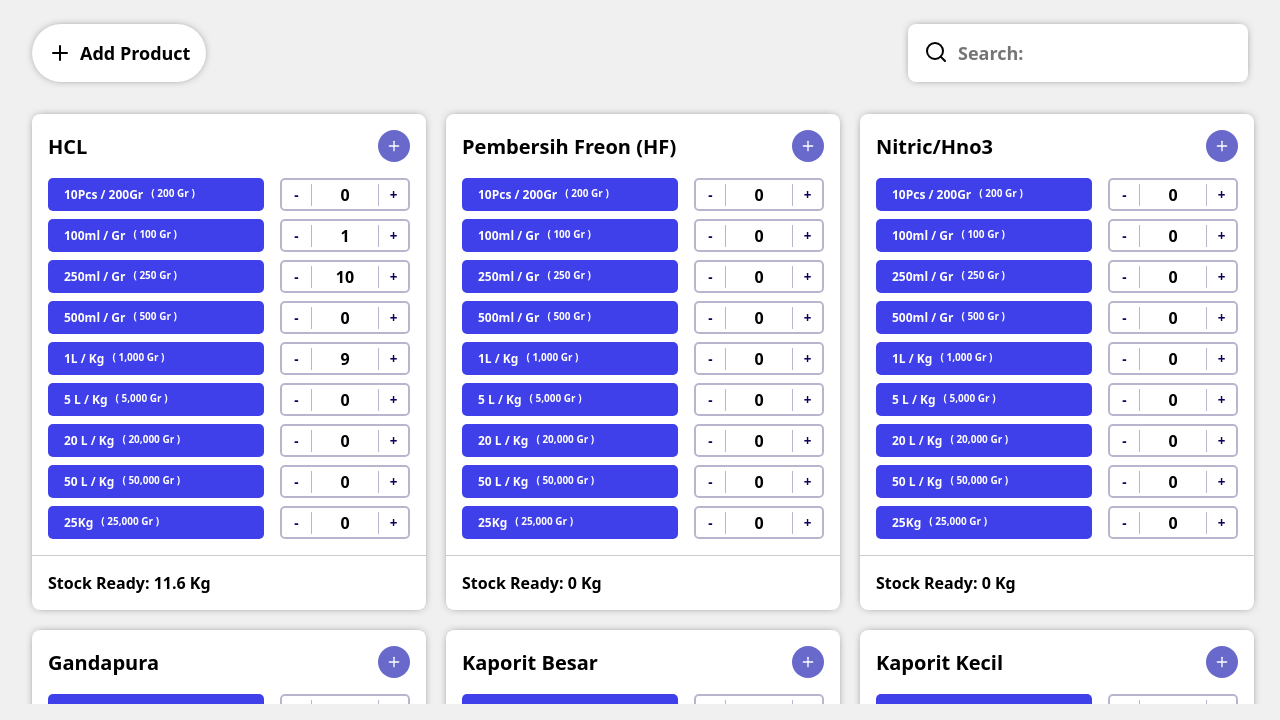
Repository: zuraniumlab-design/upstock-amsk
Page: /
The author's editor kept a copy of each file at every save. The page is drawn from the files as they stood at one save, then again after the next save.
The browser window is 1280 px wide. The pictures show the whole page.
An inner scrolling area shows only its first screen. The project was rebuilt for these pictures with package versions that can differ from the ones it lists, and the page was loaded fresh each time. Also part of the build but not shown: vite.config.js.

Above is the page before, as saved 2026-06-20 10:51:56.

After the next save:
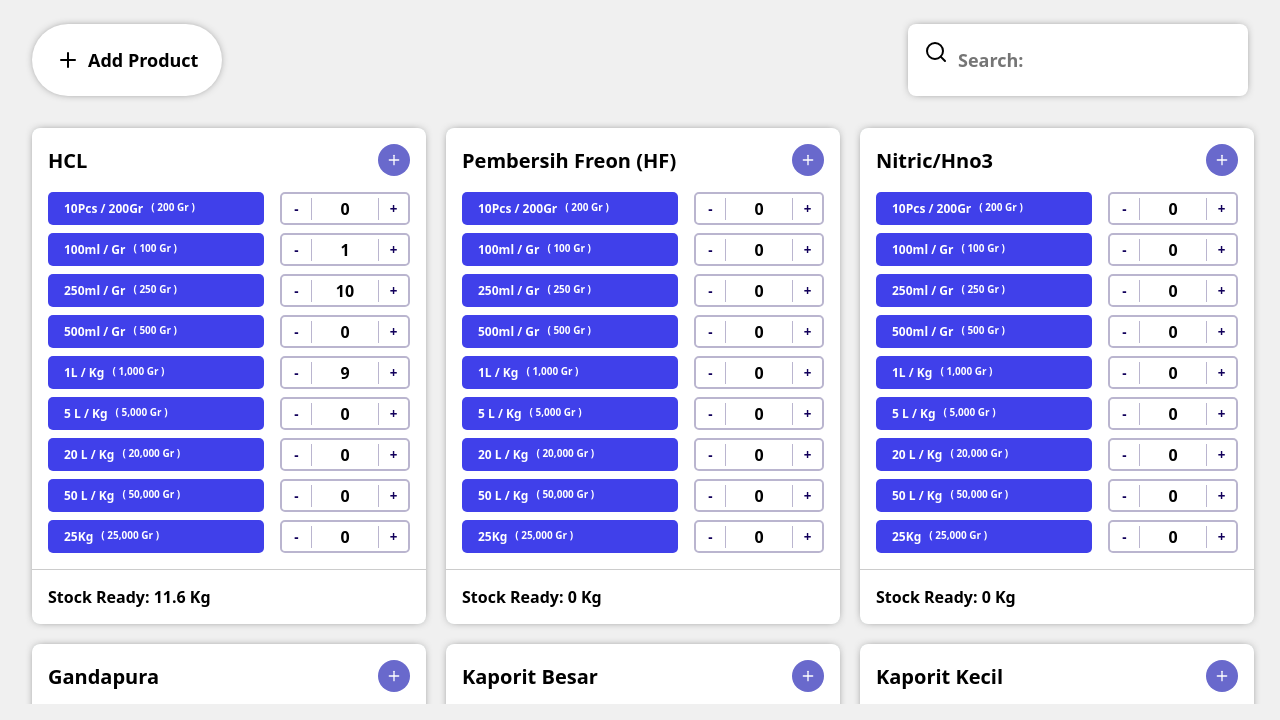
Saved 10 s later.
--- a/src/App.module.css
+++ b/src/App.module.css
@@ -30,7 +30,7 @@
   display: flex;
   align-items: center;
   justify-content: center;
-  padding: 1rem;
+  padding: 1.5rem;
   border-radius: 100px;
   gap: 0.5rem;
   border: none;

After the save that followed:
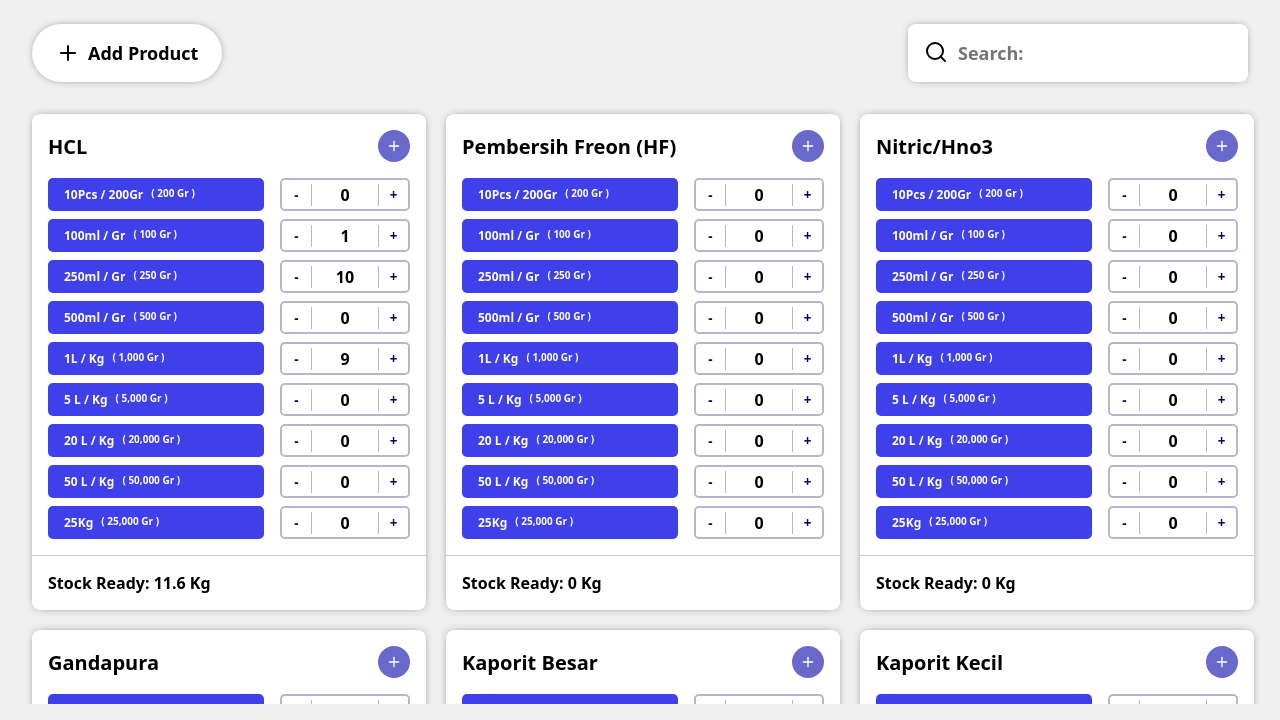
Saved 11 s later.
--- a/src/App.module.css
+++ b/src/App.module.css
@@ -30,7 +30,7 @@
   display: flex;
   align-items: center;
   justify-content: center;
-  padding: 1.5rem;
+  padding: 1rem 1.5rem;
   border-radius: 100px;
   gap: 0.5rem;
   border: none;
